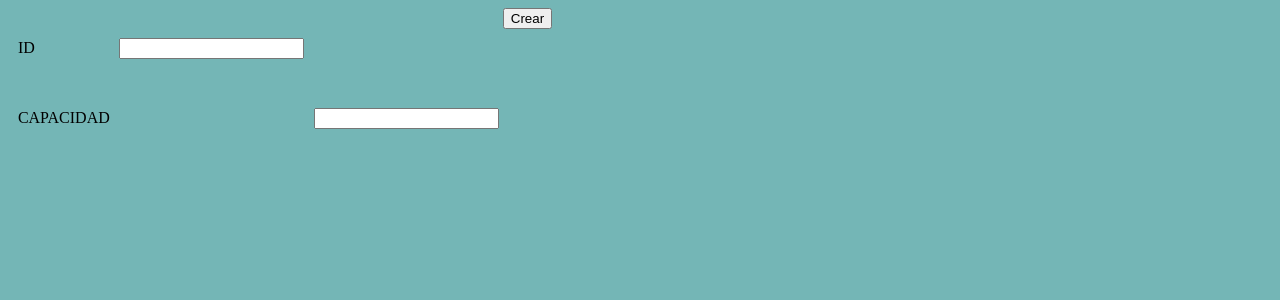
Repository: Robin-Rivadeneira/prueva_pablo
Page: index.html
The author's editor kept a copy of each file at every save. The page is drawn from the files as they stood at one save, then again after a run of saves.
The browser window is 1280 px wide. The pictures show the whole page.

Above is the page before, as saved 2020-01-16 20:30:25.

After the next 3 saves:
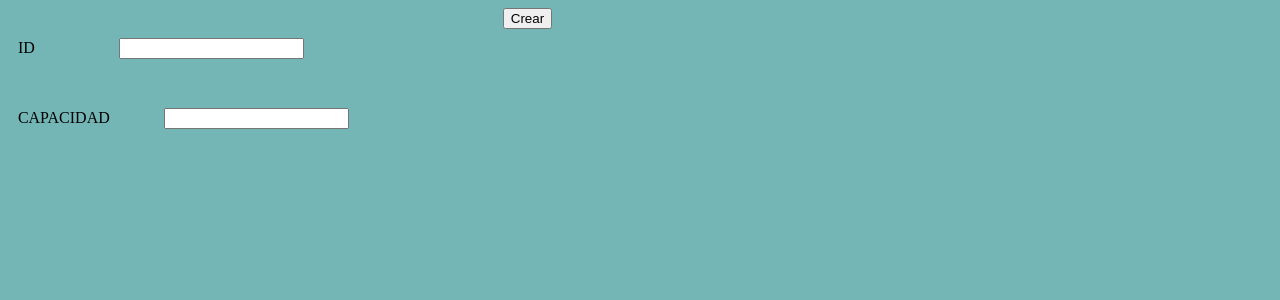
The 3 saves are shown as one change because they came seconds apart.
The last was saved 11 s later.
--- a/css/bomberos.css
+++ b/css/bomberos.css
@@ -20,5 +20,5 @@ body{
 #capacidad{
     position: relative;
     top: 100px;
-
+    right: 150px;
 }
